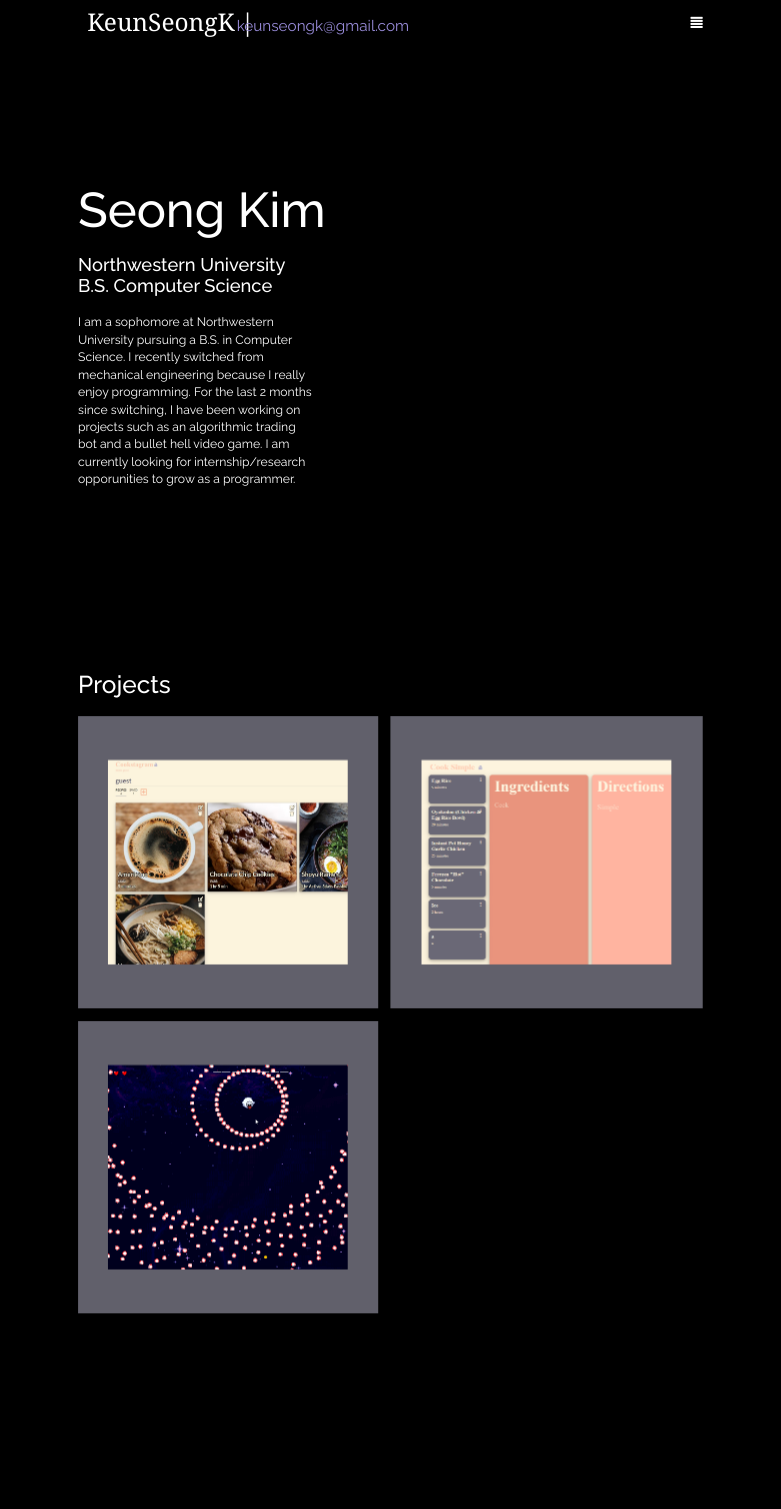
Repository: oqueuo/personal-site
Page: index.html
The author's editor kept a copy of each file at every save. The page is drawn from the files as they stood at one save, then again after the next save.
The browser window is 1280 px wide. The pictures show the whole page, at 61% of full size.

Above is the page before, as saved 2020-09-21 19:29:33.

After the next save:
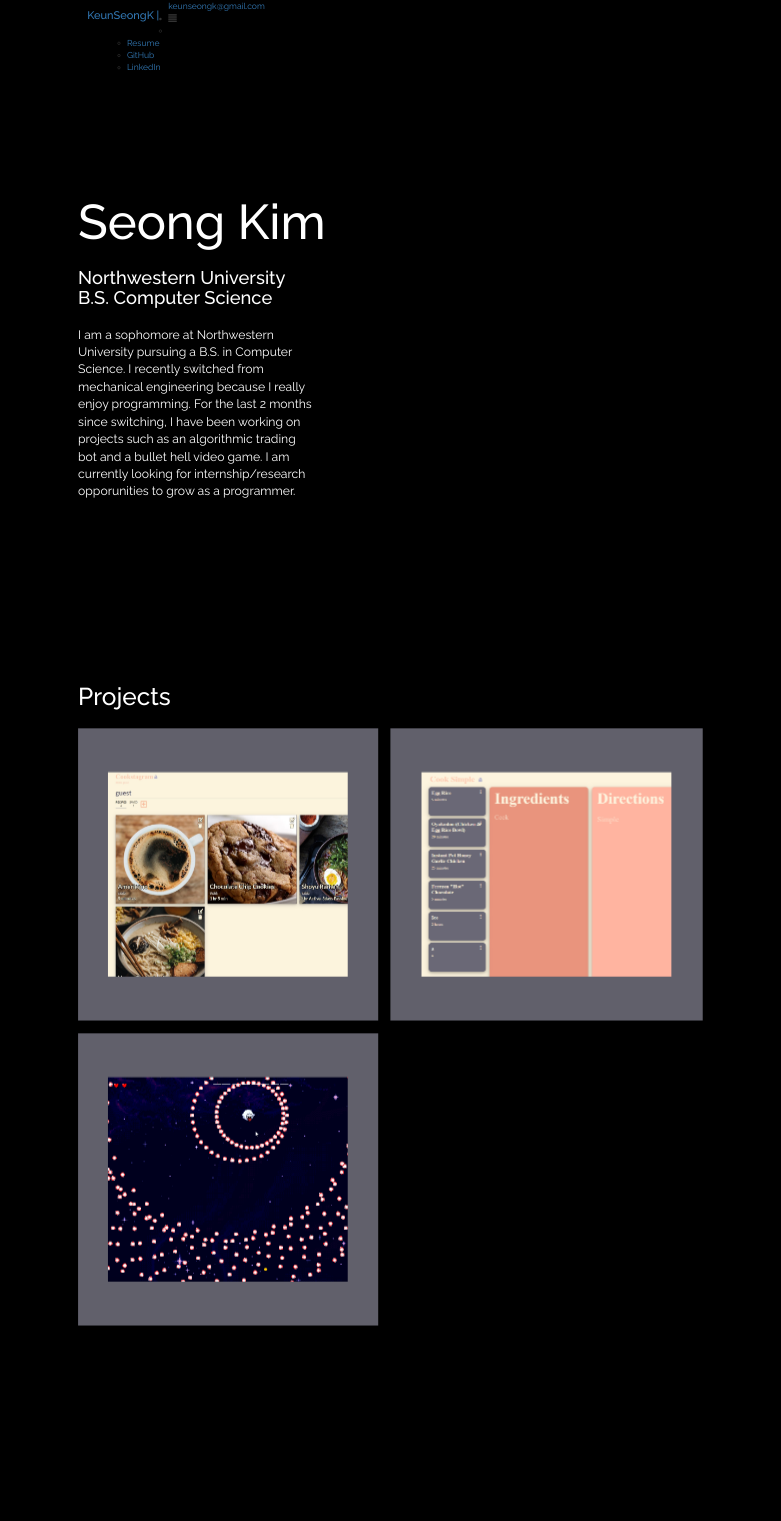
Saved 61 s later.
--- a/styles.css
+++ b/styles.css
@@ -20,84 +20,6 @@
 }
 
 
-/* NAVBAR */
-header {
-    color: white;
-    padding-top: 10px;
-    position: relative;
-    width: inherit;
-    height: 100px;
-}
-header>a {
-    position: absolute;
-    font-size: 25px;
-    left: 260px;
-    top: 25px;
-}
-header ul {
-    list-style: none;
-    z-index: 5;
-    position: absolute;
-    top: 25px;
-    right: 0px;
-}
-header h1:hover {
-    text-decoration: none;
-}
-.navbar-brand {
-    text-decoration: none;
-    font-size: 40px !important;
-    color: white;
-    font-family: Cambria, Cochin, Georgia, Times, 'Times New Roman', serif !important;
-}
-#email {
-    margin-bottom: 20px !important;
-}
-.navbar-item {
-    display: inline;
-    font-size: 25px;
-    padding-right: 15px;
-}
-ul a, #email, .more-info-on-github {
-    text-decoration: none;
-    color: rgb(153, 140, 218);
-}
-
-ul a:hover, #email:hover, .more-info-on-github:hover {
-    opacity: 0.8;
-    text-decoration: none;
-}
-ul a:active, #email:active, .more-info-on-github:active {
-    opacity: 0.7;
-}
-#pulldown-btn {
-    cursor: pointer;
-    font-size: 20px;
-}
-ul #nav-pulldown {
-    display: none;
-    background-color: rgb(253, 244, 222);
-    border: 1px solid #333;
-    border-radius: 4px;
-    width: 90px;
-    padding: 5px;
-    position: absolute;
-    top: 30px;
-    right: 10px;
-    text-align: end;
-}
-ul #nav-pulldown li {
-    color: #333;
-    display: block;
-    block-size: auto;
-}
-header>ul>li:hover #nav-pulldown {
-    display: block;
-}
-ul #nav-pulldown a {
-    color: rgb(76, 74, 83);
-    font-size: 15px;
-}
 
 
 

After the 2 saves that followed:
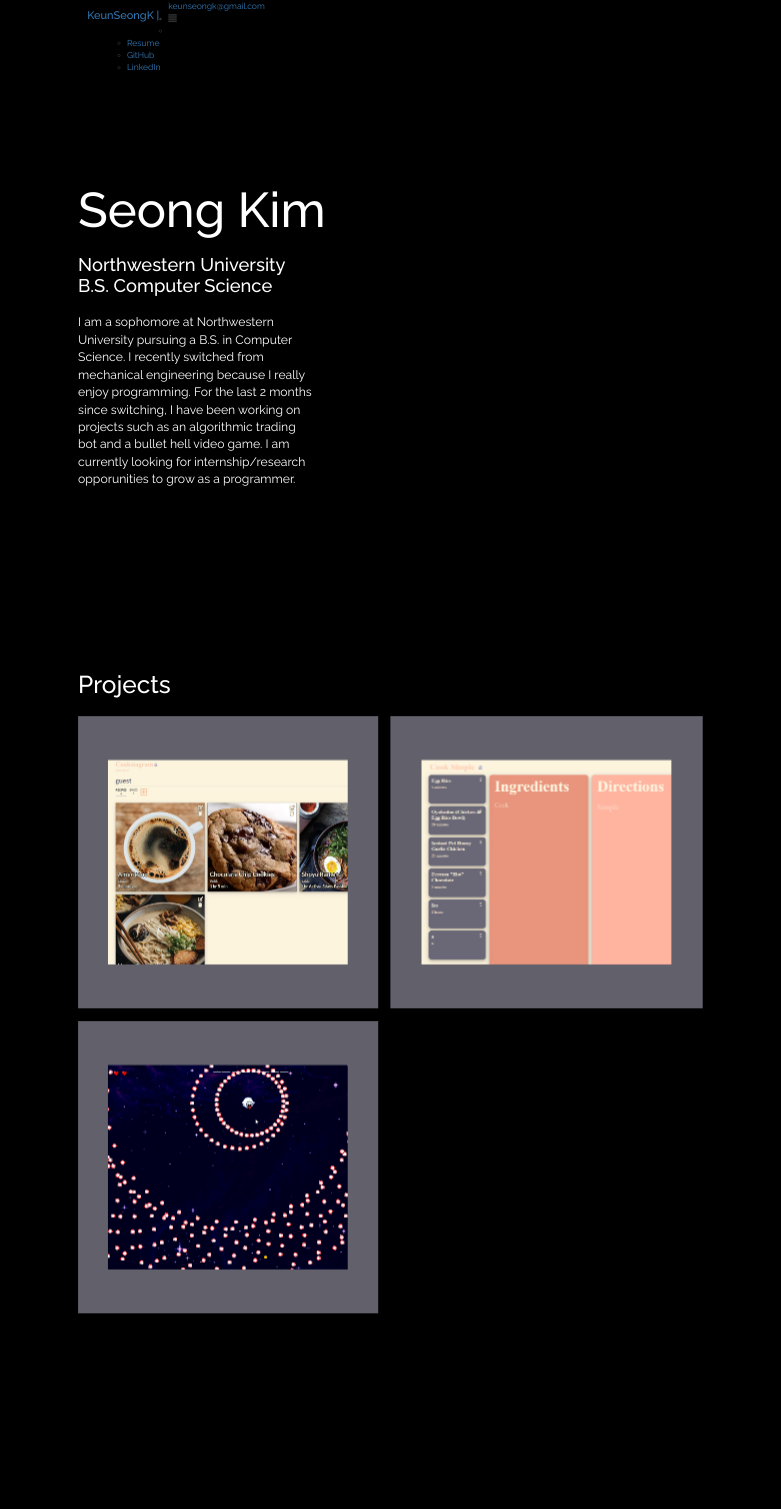
The 2 saves are shown as one change because 1 left the picture as it was.
The last was saved 97 s later.
--- a/styles.css
+++ b/styles.css
@@ -20,7 +20,9 @@
 }
 
 
-
+header {
+    height: 100px;
+}
 
 
 
